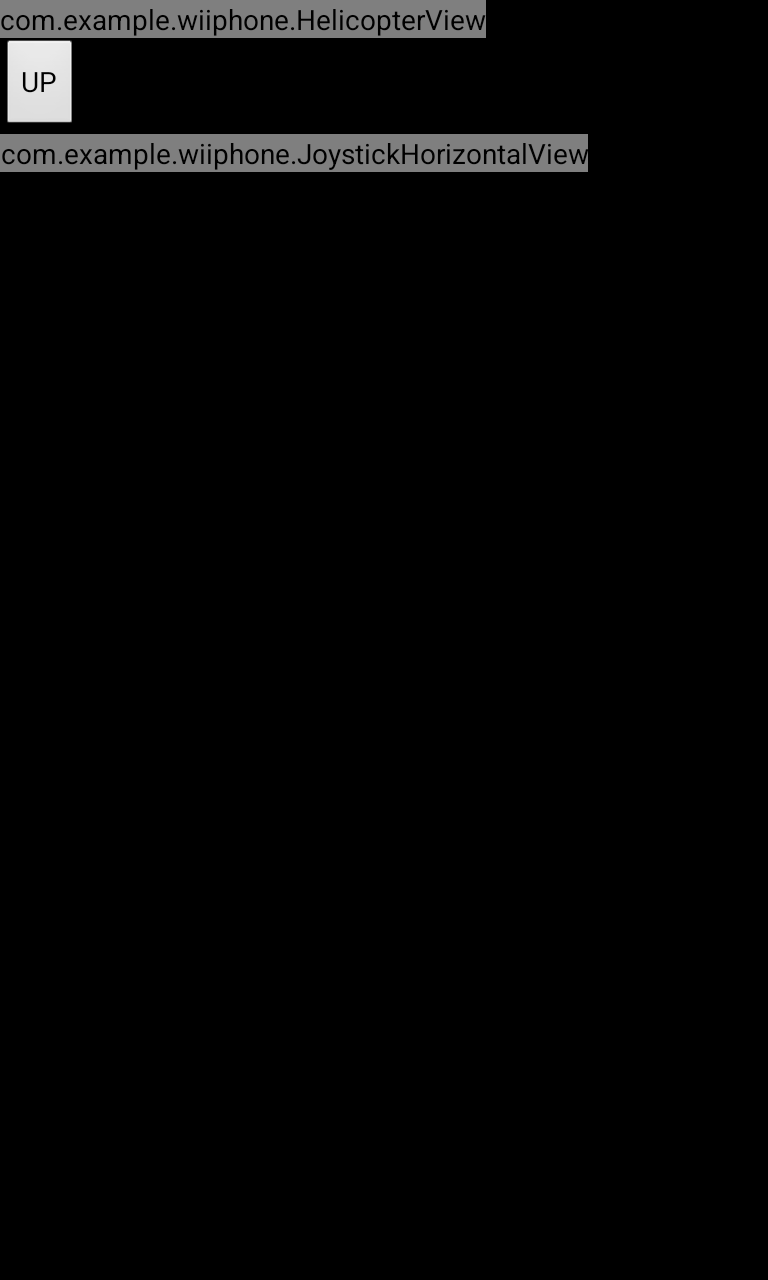
Repository: Malow/PhoneGame
Layout: Android/WiiPhone/res/layout/helicopter_main.xml
These files come from the project's save history. The layout is drawn as it stood at one moment and after the next save; the edit follows.
Pictures or frames that could not be fetched are drawn as grey boxes. It is drawn on a 768 x 1280 px phone screen (xhdpi) without system bars, with theme android:Theme.NoTitleBar.Fullscreen; the app's code is not run.

Above is the layout before, as saved 2013-04-22 14:53:31.

### Android/WiiPhone/res/layout/helicopter_main.xml
<?xml version="1.0" encoding="utf-8"?>
<LinearLayout xmlns:android="http://schemas.android.com/apk/res/android"
    android:layout_width="fill_parent"
    android:layout_height="fill_parent"
    android:orientation="vertical" >

    <com.example.wiiphone.HelicopterView
        android:id="@+id/helicopterview"
        android:layout_width="wrap_content"
        android:layout_height="wrap_content"
        android:layout_marginRight="64dp" />

	<Button
	    android:id="@+id/button1"
	    android:layout_width="wrap_content"
	    android:layout_height="wrap_content"
	    android:text="@string/button_up" />

	<com.example.wiiphone.JoystickHorizontalView
	    android:id="@+id/joyview"
	    android:layout_width="wrap_content"
	    android:layout_height="wrap_content" />

</LinearLayout>

### Android/WiiPhone/res/values/strings.xml
<?xml version="1.0" encoding="utf-8"?>
<resources>

    <string name="app_name">WiiPhone</string>
    <string name="action_settings">Settings</string>
    <string name="hello_world">Hello world!</string>
    <string name="start_button_text">this button starts the program</string>
    <string name="choose_game_button_1">Star Chaser</string>
	<string name="choose_game_button_2">Labyrinth</string>
	<string name="choose_game_button_3">Game 3</string>
	<string name="button_up">UP</string>
	<string name="button_down">DOWN</string>
</resources>

After the next save:
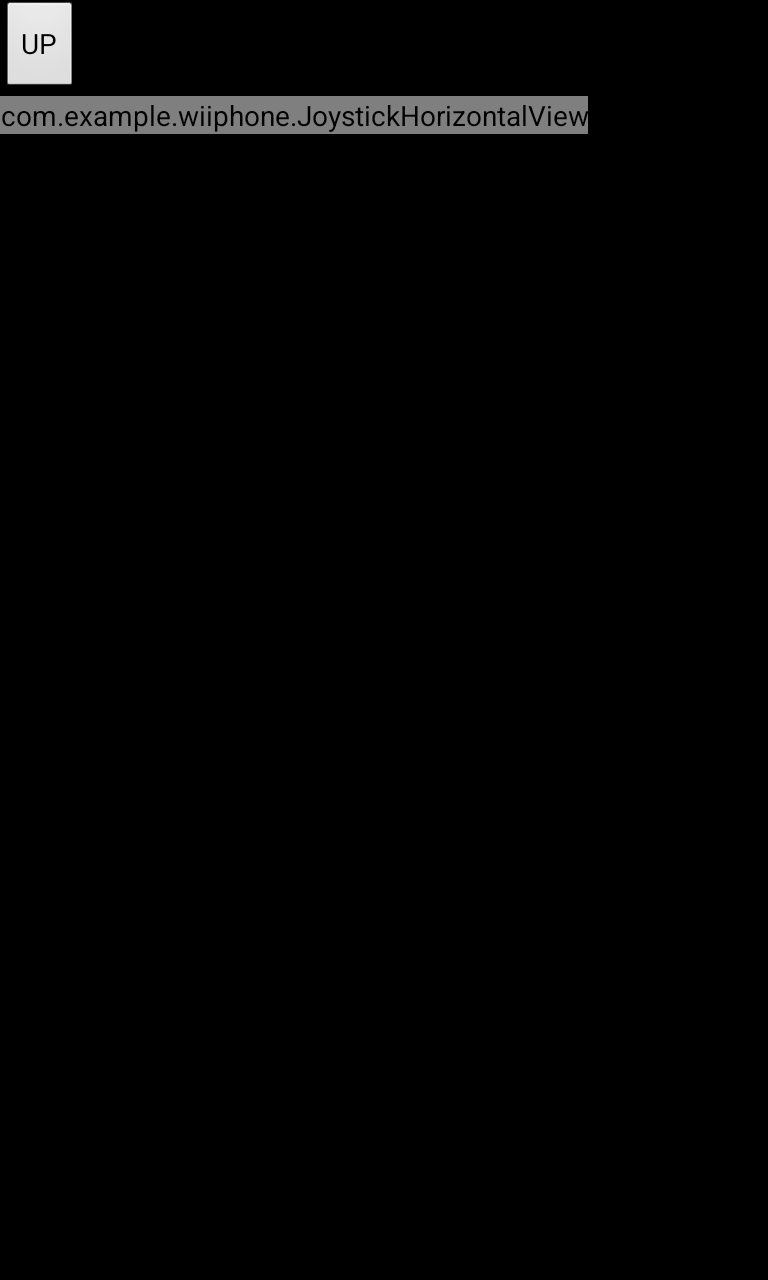
Saved 12 min 23 s later.
--- a/Android/WiiPhone/res/layout/helicopter_main.xml
+++ b/Android/WiiPhone/res/layout/helicopter_main.xml
@@ -4,11 +4,11 @@
     android:layout_height="fill_parent"
     android:orientation="vertical" >
 
-    <com.example.wiiphone.HelicopterView
+    <!--com.example.wiiphone.HelicopterView
         android:id="@+id/helicopterview"
         android:layout_width="wrap_content"
         android:layout_height="wrap_content"
-        android:layout_marginRight="64dp" />
+        android:layout_marginRight="64dp" /-->
 
 	<Button
 	    android:id="@+id/button1"
